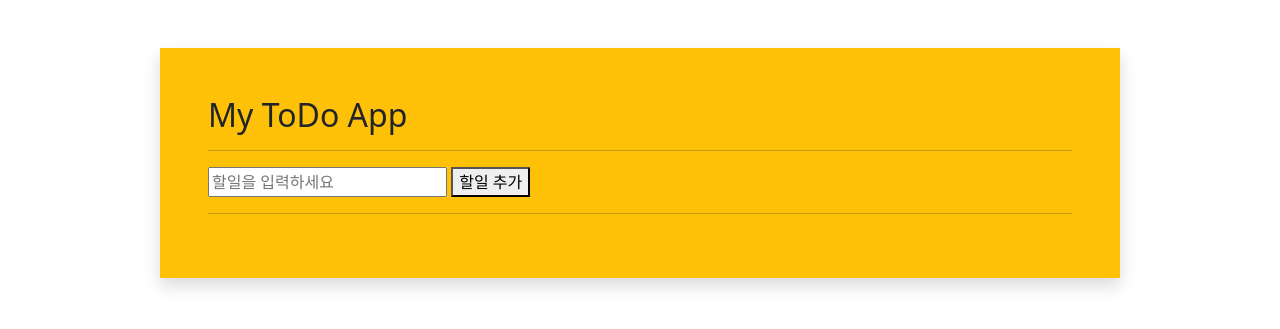
Repository: gold9387/jwbook
Page: jwbook/src/main/webapp/ch03/todoapp.html
The author's editor kept a copy of each file at every save. The page is drawn from the files as they stood at one save, then again after the next save.
The browser window is 1280 px wide. The pictures show the whole page.

Above is the page before, as saved 2023-06-05 11:50:35.

After the next save:
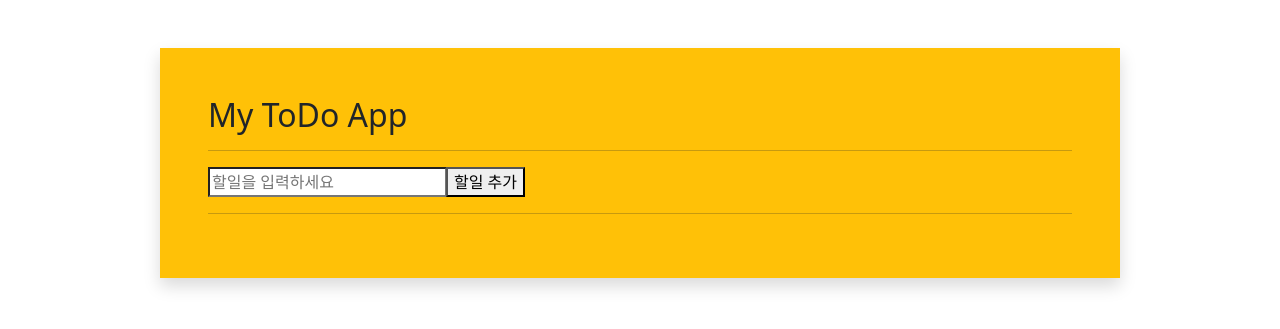
Saved 20 s later.
--- a/jwbook/src/main/webapp/ch03/todoapp.html
+++ b/jwbook/src/main/webapp/ch03/todoapp.html
@@ -13,7 +13,7 @@
 	<div class="container bg-warning shadow mx-auto mt-5 p-5 w-75">
 		<h2>My ToDo App</h2>
 		<hr />
-		<div>
+		<div class="input-group">
 			<input id="item" type="text" placeholder="할일을 입력하세요" />
 			<button type="button" onClick="addItem()">할일 추가</button>
 		</div>
